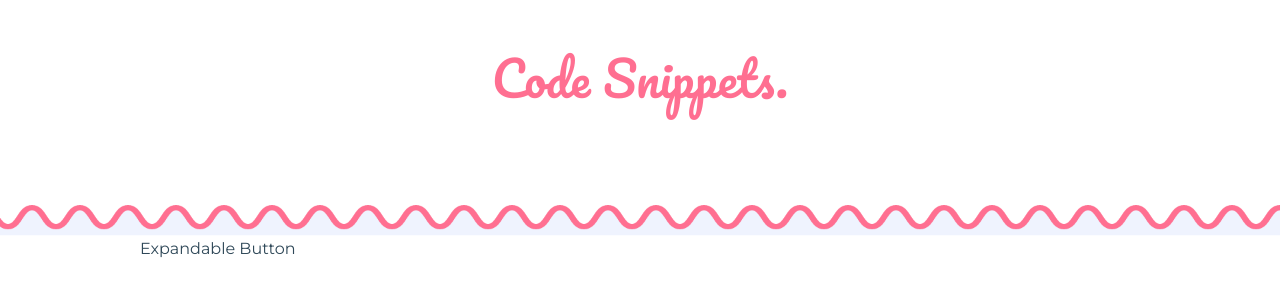
Repository: vikatgen/code-snippets
Page: index.html
The author's editor kept a copy of each file at every save. The page is drawn from the files as they stood at one save, then again after the next save.
The browser window is 1280 px wide. The pictures show the whole page.
The style sheet was rebuilt from its Sass, Less or Tailwind sources for each picture, by a compiler version that may differ from the author's.

Above is the page before, as saved 2020-03-30 23:36:04.

### index.html
<!DOCTYPE html>
<html lang="en">
  <head>
    <meta charset="UTF-8" />
    <meta name="viewport" content="width=device-width, initial-scale=1.0" />
    <link rel="stylesheet" href="/css/normalize.css" />
    <link rel="stylesheet" href="/css/mainpage-styles.css" />
    <title>Code Snippets</title>
  </head>
  <body>
    <section id="heading-section">
      <div class="container">
        <div class="header-wrapper">
          <span>Code Snippets.</span>
        </div>
      </div>
    </section>
    <section id="page-break">
      <img src="/assets/page-snip.png" alt="" />
    </section>
    <section class="links-section">
      <div class="container">
        <a href="/expandable-button/expandable-button.html"
          >Expandable Button</a
        >
      </div>
    </section>
  </body>
</html>

### css/mainpage-styles.scss
@import url("https://fonts.googleapis.com/css?family=Montserrat:400,600,700|Pacifico&display=swap");

$heading: "Pacifico", cursive;
$ff-normal: "Montserrat", sans-serif;
$text-color: #2f4858;
$heading-color: #ff6f91;

.container {
  width: 90%;
  max-width: 1000px;
  margin: auto;
}

a {
  text-decoration: none;
  font-family: $ff-normal;
  color: $text-color;
  font-family: 600;
}

.header-wrapper {
  width: 100%;
  text-align: center;
  margin-top: 50px;
  margin-bottom: 100px;
  span {
    font-family: $heading;
    font-size: 3rem;
    color: $heading-color;
  }
}

#page-break {
  width: 100vw;
  height: auto;
  overflow: hidden;
  img {
    width: 100%;
  }
}

Loaded but not shown: css/normalize.css (library)

After the next save:
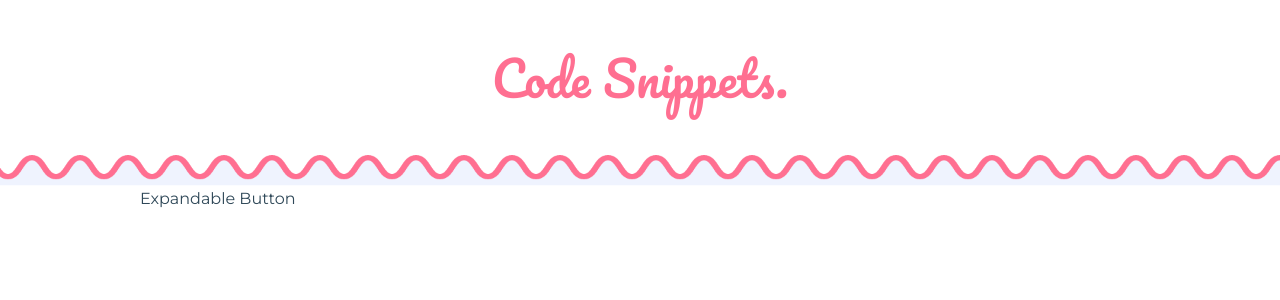
Saved 43 s later.
--- a/css/mainpage-styles.scss
+++ b/css/mainpage-styles.scss
@@ -21,8 +21,7 @@ a {
 .header-wrapper {
   width: 100%;
   text-align: center;
-  margin-top: 50px;
-  margin-bottom: 100px;
+  margin: 50px 0px;
   span {
     font-family: $heading;
     font-size: 3rem;
